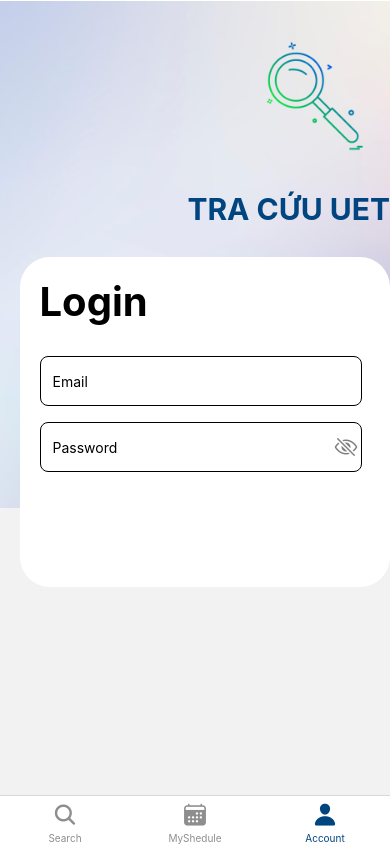
Repository: nguyenkhackien/Student-Progress-Tracker-
Screen: /Account (app in MyApp/)
The author's editor kept a copy of each file at every save. The screen is drawn from the files as they stood at one save, then again after the next save.
The app was drawn by React Native's web renderer in a window 390 px wide. The project was rebuilt for these pictures with package versions that can differ from the ones it lists, and the page was loaded fresh each time. Also part of the build but not shown: MyApp/src/components/MyScheduleScreen.js.

Above is the screen before, as saved 2024-07-21 22:05:48.

### MyApp/App.js
import { createBottomTabNavigator } from "@react-navigation/bottom-tabs"
import { StatusBar } from "react-native"
import { Platform, SafeAreaView, StyleSheet, Text, View } from "react-native"
import AccountScreen from "./src/components/AccountScreen"
import MyScheduleScreen from "./src/components/MyScheduleScreen"
import SearchScreen from "./src/components/SearchSreen"
import { NavigationContainer } from "@react-navigation/native"
import { primaryColor } from "./src/Constants/Color"
import { Ionicons } from "@expo/vector-icons"

const Tab = createBottomTabNavigator()
const screenOptions = {
    headerShown: false,
    tabBarActiveTintColor: primaryColor,
}
export default function App() {
    return (
        <SafeAreaView style={styles.root}>
            <NavigationContainer>
                <Tab.Navigator screenOptions={screenOptions}>
                    <Tab.Screen
                        name="Search"
                        component={SearchScreen}
                        options={{
                            tabBarIcon: ({ focus, color, size }) => {
                                return (
                                    <Ionicons
                                        name={"search"}
                                        size={size}
                                        color={color}
                                    />
                                )
                            },
                        }}
                    />
                    <Tab.Screen
                        name="MyShedule"
                        component={MyScheduleScreen}
                        options={{
                            tabBarIcon: ({ focus, color, size }) => {
                                return (
                                    <Ionicons
                                        name={"calendar"}
                                        size={size}
                                        color={color}
                                    />
                                )
                            },
                        }}
                    />
                    <Tab.Screen
                        name="Account"
                        component={AccountScreen}
                        options={{
                            tabBarIcon: ({ focus, color, size }) => {
                                return (
                                    <Ionicons
                                        name={"person"}
                                        size={size}
                                        color={color}
                                    />
                                )
                            },
                        }}
                    />
                </Tab.Navigator>
            </NavigationContainer>
        </SafeAreaView>
    )
}
const styles = StyleSheet.create({
    root: {
        flex: 1,
        paddingTop: Platform.OS === "android" ? StatusBar.currentHeight : 1,
    },

})

### MyApp/src/components/AccountScreen.js
import { StyleSheet, Text, View } from "react-native"
import LoginScreen from "./LoginScreen"
export default function AccountScreen() {
    return (
        <LoginScreen/>
    )
}
const style = StyleSheet.create({

})

### MyApp/src/components/SearchSreen.js
import { StyleSheet, Text, View } from "react-native"

export default function SearchScreen() {
    return (
        <View>
            <Text> Search screen</Text>
        </View>
    )
}

### MyApp/src/Constants/Color.js
export const primaryColor = "#004580"

### MyApp/src/components/LoginScreen.js
import React, { useState } from "react"
import {
    View,
    Text,
    Image,
    TextInput,
    TouchableOpacity,
    ImageBackground,
} from "react-native"
import { Ionicons } from "@expo/vector-icons"
import { primaryColor } from "../Constants/Color"

const LoginScreen = () => {
    const [Email, setEmail] = useState("")
    const [password, setPassword] = useState("")
    const [passwordVisible, setPasswordVisible] = useState(false)

    const togglePasswordVisibility = () => {
        setPasswordVisible(!passwordVisible)
    }

    return (
        <View>
            <ImageBackground
                source={require("../../assets/bgc.png")}
                style={{ width: "100%", height: "100%" }}
            >
                <View style={styles.container}>
                    <Image
                        source={require("../../assets/logo.png")}
                        style={styles.logoIcon}
                    />
                    <Text style={styles.title}>TRA CỨU UET</Text>
                    <View style={styles.loginContainer}>
                        <Text style={styles.title}>
                            <Text style={{fontSize:40,color:'black'}}>Login</Text>
                        </Text>
                        <View style={styles.inputContainer}>
                            <TextInput
                                style={styles.input}
                                onChangeText={setEmail}
                                value={Email}
                                placeholder="Email"
                            />
                        </View>
                        <View style={styles.inputContainer}>
                            <TextInput
                                style={styles.input}
                                onChangeText={setPassword}
                                value={password}
                                placeholder="Password"
                                secureTextEntry={!passwordVisible}
                            />
                            <TouchableOpacity
                                onPress={togglePasswordVisibility}
                                style={styles.eyeIcon}
                            >
                                <Ionicons
                                    name={
                                        passwordVisible
                                            ? "eye-outline"
                                            : "eye-off-outline"
                                    }
                                    size={24}
                                    color="grey"
                                />
                            </TouchableOpacity>
                        </View>
                    </View>
                </View>
            </ImageBackground>
        </View>
    )
}

const styles = {
    container: {
        flex: 1,
        flexDirection:'colum',
        alignItems: "end",
    },
    title: {
        fontSize: 30,
        fontWeight: "bold",
        marginBottom: 30,
        color: primaryColor,
    },
    logoIcon: {
        width: 150,
        height: 150,
        marginVertical: 20,
    },
    loginContainer: {
        width: "95%",
        height: "65%",
        padding: 20,
        backgroundColor: "white",
        borderRadius: 30,
    },
    inputContainer: {
        flexDirection: "row",
        alignItems: "center",
        marginBottom: 16,
    },
    input: {
        flex: 1,
        height: 50,
        borderWidth: 1,
        borderRadius: 8,
        paddingHorizontal: 12,
        marginRight: 8,
    },
    phoneIcon: {
        position: "absolute",
        right: 12,
    },
    eyeIcon: {
        position: "absolute",
        right: 12,
    },
}

export default LoginScreen

After the next save:
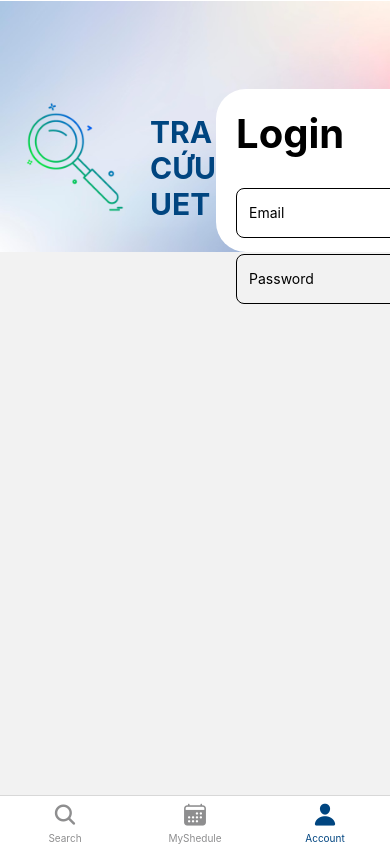
Saved 8 s later.
--- a/MyApp/src/components/LoginScreen.js
+++ b/MyApp/src/components/LoginScreen.js
@@ -76,7 +76,7 @@
 const styles = {
     container: {
         flex: 1,
-        flexDirection:'colum',
+        flexDirection:'row',
         alignItems: "end",
     },
     title: {

After the save that followed:
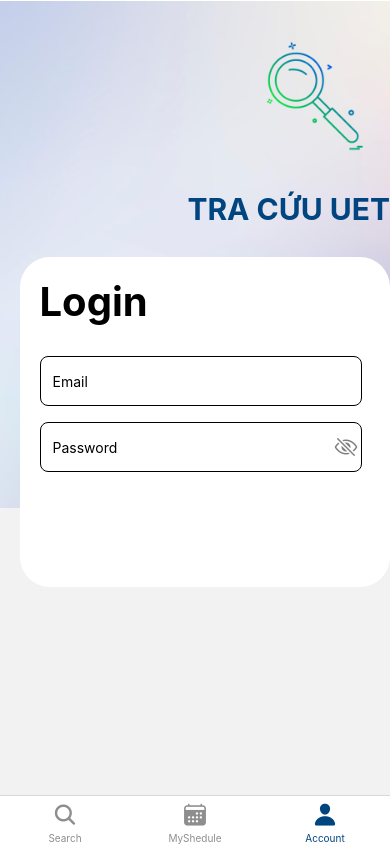
Saved 8 s later.
--- a/MyApp/src/components/LoginScreen.js
+++ b/MyApp/src/components/LoginScreen.js
@@ -76,7 +76,7 @@
 const styles = {
     container: {
         flex: 1,
-        flexDirection:'row',
+        flexDirection:'',
         alignItems: "end",
     },
     title: {
